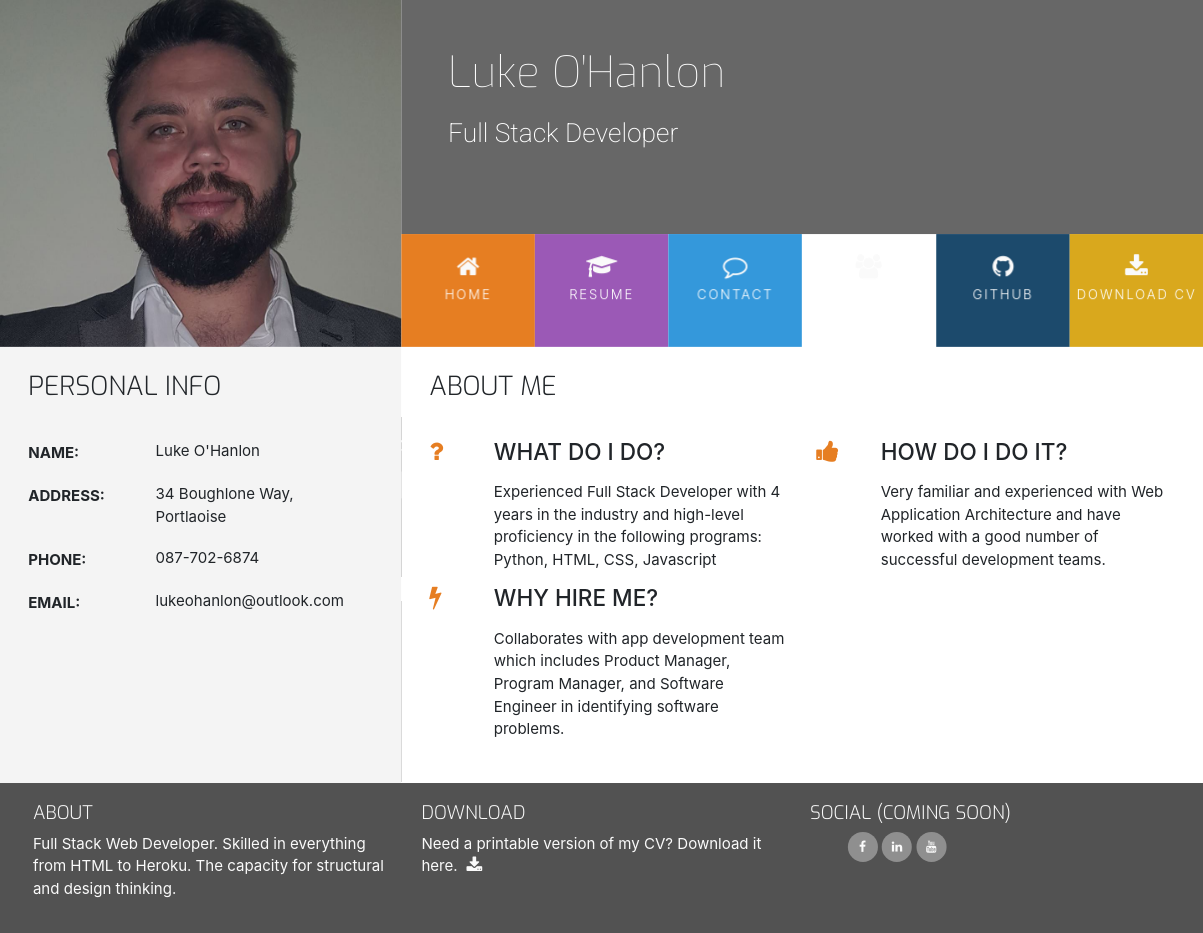
Repository: luke0han/my-resume
Page: index.html
The author's editor kept a record of every edit. The page is drawn from the files as they stood at one moment, then again after the next edit.
The browser window is 1280 px wide. The pictures show the whole page, at 94% of full size.

Above is the page before.

After the next edit:
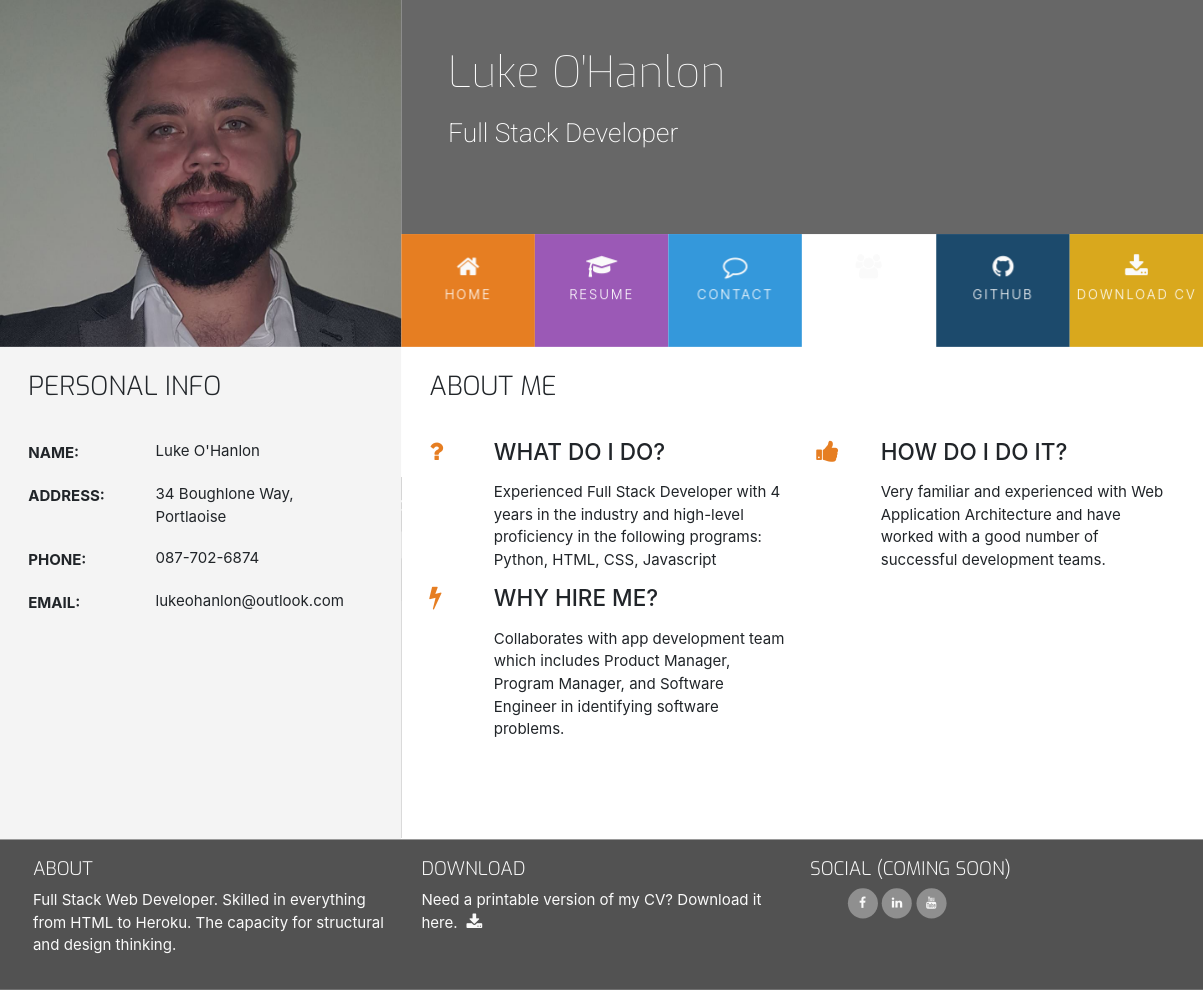
The edit:
--- a/index.html
+++ b/index.html
@@ -106,7 +106,7 @@
                     </div>
                     <div class="value">
                         <p>
-                            lukeohanlon@outlook.com
+                            lukeohanlon@outlook.com <br><br><br><br><br><br><br><br><br>
                         </p>
                     </div>
                 </div>
